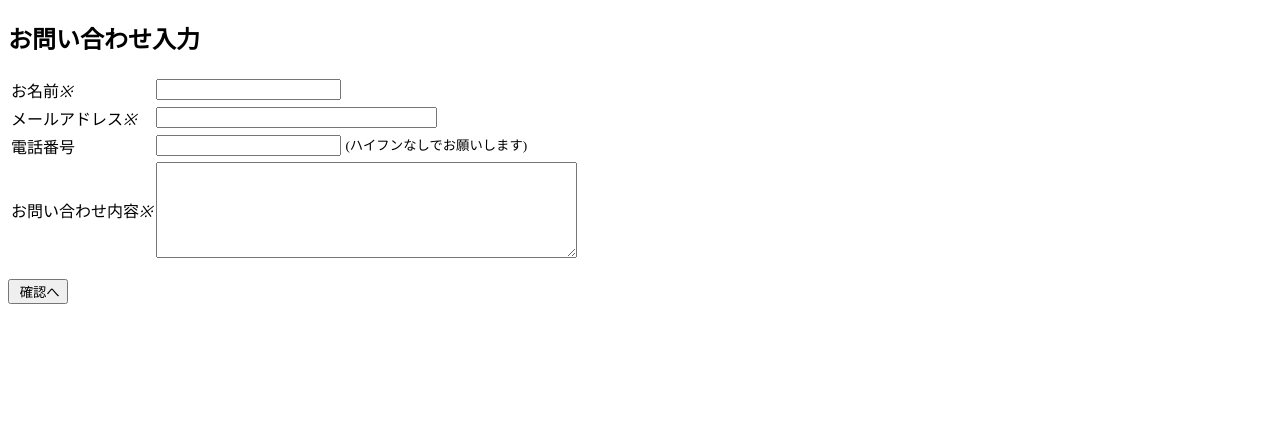
Repository: xiezom/test
Page: http://localhost/ecsite/contact.jsp
The author's editor kept a copy of each file at every save. The page is drawn from the files as they stood at one save, then again after a run of saves.
The browser window is 1280 px wide. The pictures show the whole page.
Some web libraries are served in a nearby version. The page is served by Tomcat 9.

Above is the page before, as saved 2019-03-29 05:27:51.

After the next 3 saves:
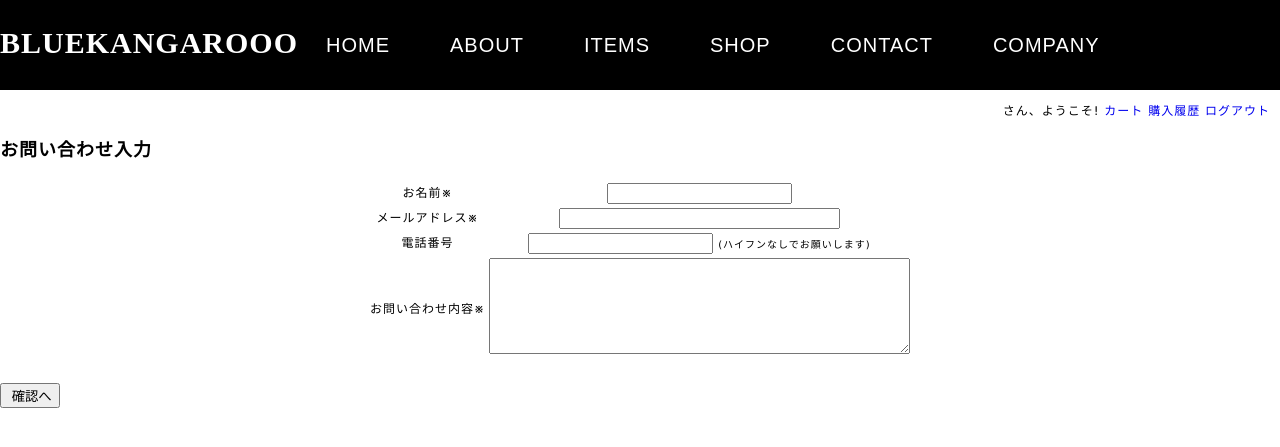
The 3 saves are shown as one change because they came seconds apart.
The last was saved 2 min 9 s later.
--- a/ecsite/WebContent/contact.jsp
+++ b/ecsite/WebContent/contact.jsp
@@ -1,13 +1,44 @@
 <%@ page language="java" contentType="text/html; charset=UTF-8"
     pageEncoding="UTF-8"%>
-<!DOCTYPE html PUBLIC "-//W3C//DTD HTML 4.01 Transitional//EN" "http://www.w3.org/TR/html4/loose.dtd">
+<%@ taglib prefix="s" uri="/struts-tags"%>
+<!DOCTYPE html>
 <html>
 <head>
-<meta http-equiv="Content-Type" content="text/html; charset=UTF-8">
-<title>Insert title here</title>
+
+	<meta http-equiv="Content-Type" content="text/html; charset=utf8"/>
+	<meta http-equiv="Content-Style-Type" content="text/css"/>
+	<meta http-equiv="Content-Script-Type" content="text/javascript"/>
+	<meta http-equiv="imagetoolbar" content="no">
+	<meta name="description" content=""/>
+	<meta name="keywords" content=""/>
+
+	<title>CONTACT</title>
+
+	<link rel="stylesheet" type="text/css" href="./css/home_style.css">
+	<link rel="stylesheet" href="https://use.fontawesome.com/releases/v5.8.1/css/all.css">
+
 </head>
 <body>
+<div class="header">
+		<h1 class="logo">BLUEKANGAROOO</h1>
+		<ul>
+            <li><a href='<s:url action="GoHomeAction"/>'>HOME</a></li>
+            <li><a href='<s:url action="AboutAction"/>'>ABOUT</a></li>
+            <li><a href='<s:url action="HomeAction"/>'>ITEMS</a></li>
+            <li><a href>SHOP</a></li>
+            <li><a href='<s:url action="ContactAction"/>'>CONTACT</a></li>
+            <li><a href="">COMPANY</a></li>
+        </ul>
 
+	</div>
+	<div>
+    <p class="welcome">
+	        <s:property value="session.user_name"/>さん、ようこそ!
+	        <a href='<s:url action="MyCartAction"/>'>カート</a>
+	        <a href='<s:url action="MyPageAction" />'>購入履歴</a>
+	        <a href='<s:url action="LogoutAction" />'>ログアウト</a>
+    </p>
+	</div>
 <div id="container">
 	<div id="contact" class="contents">
 		<form name="contactForm" method="post" action="./contact.php" class="ContactForm">
